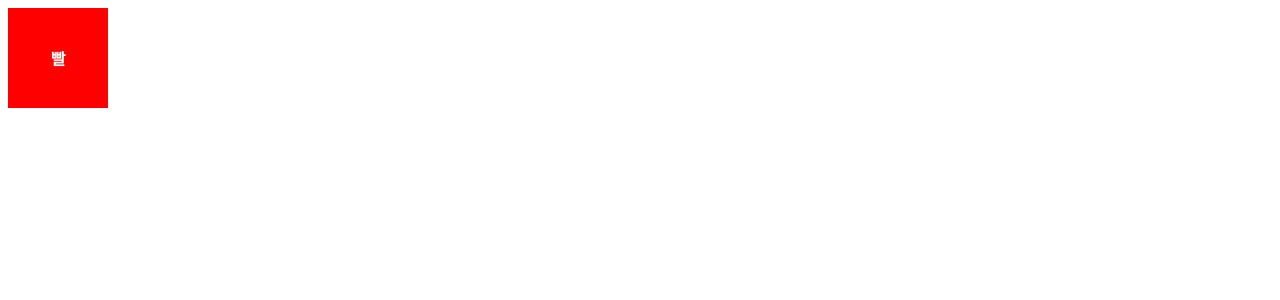
Repository: Dalso13/workspace
Page: workspace_web/chapter03_javascript/WebContent/08_DOM/Ex11_DOM_문제.html
An editor plug-in stored every save of this project. The page is shown before and after the next save, followed by the edit.
The browser window is 1280 px wide. The pictures show the whole page.

Above is the page before, as saved 2023-05-12 07:03:37.
Console error: SyntaxError: Invalid or unexpected token

### workspace_web/chapter03_javascript/WebContent/08_DOM/Ex11_DOM_문제.html
<!DOCTYPE html>
<html>
<head>
<meta charset="UTF-8">
<title>Insert title here</title>
<style type="text/css">
	#box{
		width : 100px;
		height : 100px;
		color : white;
		background-color: red;
		text-align:  center;		/* 가로 방향 가운데 정렬 */
		display: table-cell;		/* 테이블의 셀로 변경하면 수직 정렬 가능 */
		vertical-align: middle;		/* 세로 방향 가운데 정렬 */
	}
	#text{
		font-size: 16px;
		font-weight: bold;
	}
</style>
<script type="text/javascript">
	// 전역 변수
	var i = 0;	// 증가 인덱스
	var colors = ["red", "orange", "yellow", "green", "blue", "navy", "purple"];
	var contents = ["빨", "주", "노", "초", "파", "남", "보"];

	onload = function() {
		rainbow();
	}

	function rainbow() {
		if (i >= 7) {
			i = 0;
		}
		let box = document.querySelector("#box");
		let text = document.querySelector("#text");
		text.style.fontSize = 16px;


		box.style.backgroundColor = colors[i];
		text.innerHTML = contents[i];
		i++;
		setTimeout(rainbow , 1000);
	}
</script>
</head>
<body>
	<div id="box">
		<p id="text">빨</p>
	</div>
</body>
</html>

After the next save:
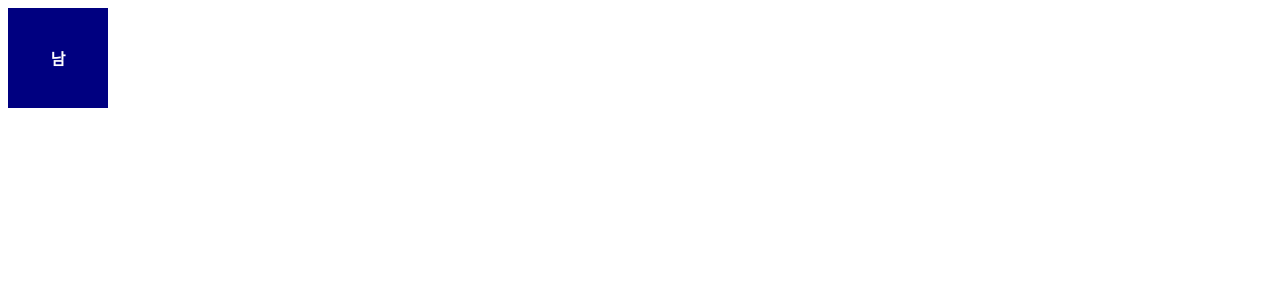
The error is gone.
Saved 5 s later.
--- a/workspace_web/chapter03_javascript/WebContent/08_DOM/Ex11_DOM_문제.html
+++ b/workspace_web/chapter03_javascript/WebContent/08_DOM/Ex11_DOM_문제.html
@@ -34,7 +34,7 @@
 		}
 		let box = document.querySelector("#box");
 		let text = document.querySelector("#text");
-		text.style.fontSize = 16px;
+		text.style.fontSize = "16px";
 
 
 		box.style.backgroundColor = colors[i];
